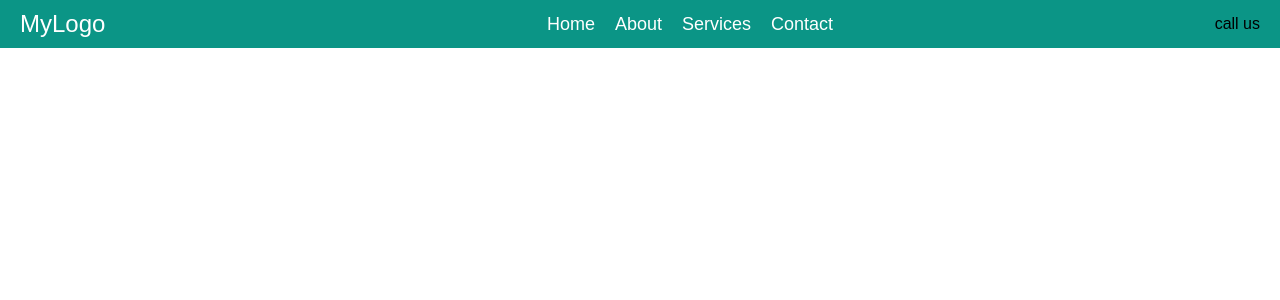
Repository: MaramNabil872/Landing-Page
Page: landingPage.html
An editor plug-in stored every save of this project. The page is shown before and after the next save, followed by the edit.
The browser window is 1280 px wide. The pictures show the whole page.

Above is the page before, as saved 2024-10-19 18:06:10.

After the next save:
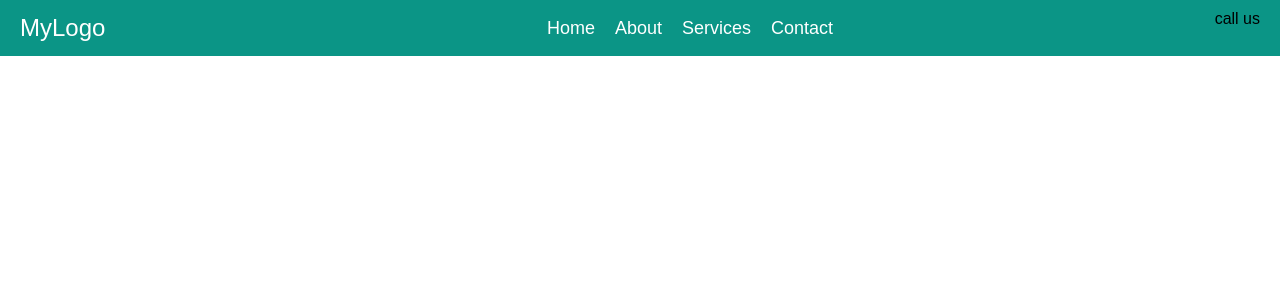
Saved 57 s later.
--- a/landingPage.html
+++ b/landingPage.html
@@ -17,7 +17,8 @@
           <li><a href="#contact">Contact</a></li>
         </ul>
         <div>
-            <p>call us</p>
+            <p>call us</p><br>
+
         </div>
       </nav>
 
